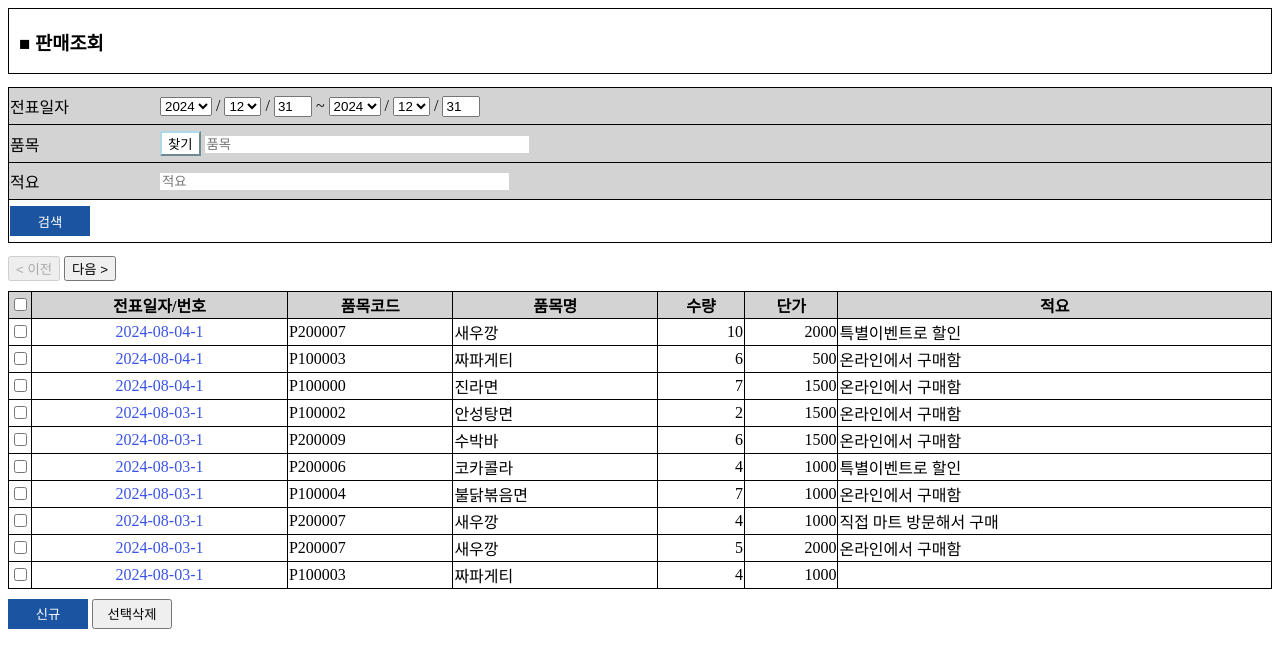
Repository: yoosb0328/js-project
Page: search.html
An editor plug-in stored every save of this project. The page is shown before and after the next save, followed by the edit.
The browser window is 1280 px wide. The pictures show the whole page.

Above is the page before, as saved 2024-08-05 16:23:04.

After the next save:
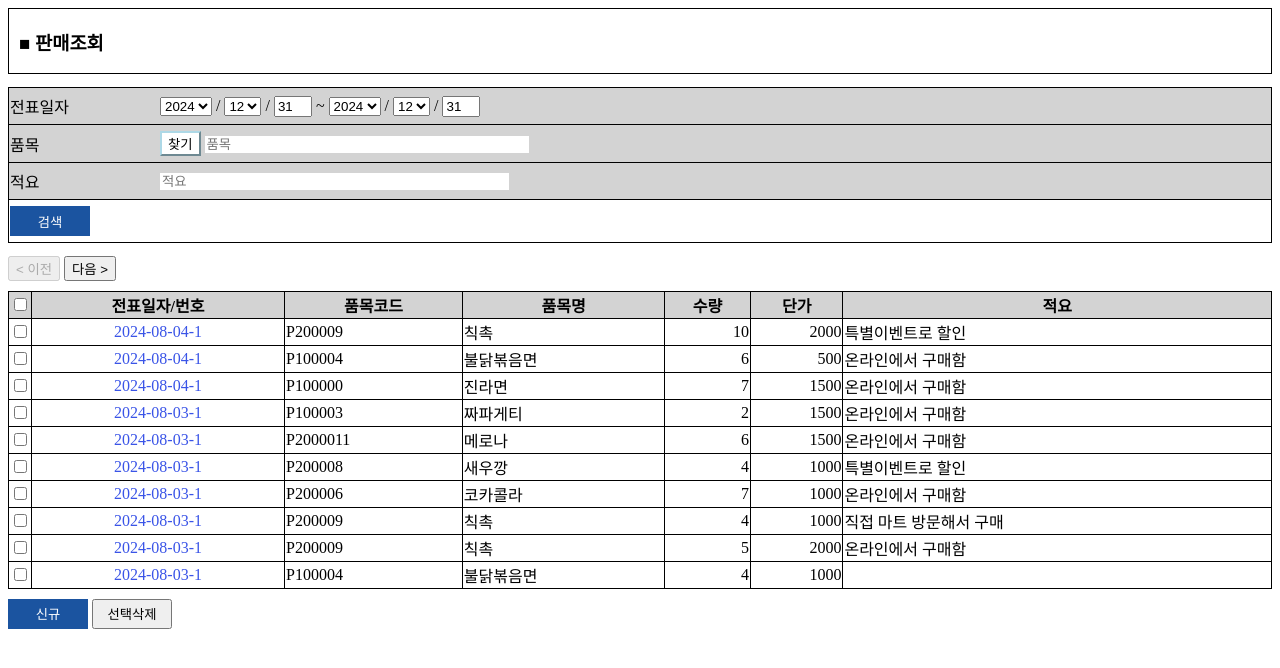
Saved 1 s later.
--- a/js/initData.js
+++ b/js/initData.js
@@ -11,9 +11,12 @@ const names = [
     "불닭볶음면",
     "팔도비빔면",
     "코카콜라",
+    "스프라이트",
     "새우깡",
     "칙촉",
     "수박바",
+    "메로나",
+    "바밤바",
 ];
 const descriptions = ["온라인에서 구매함", "직접 마트 방문해서 구매", "특별이벤트로 할인", ""];
 const dataStore = DataStore.getInstance();
